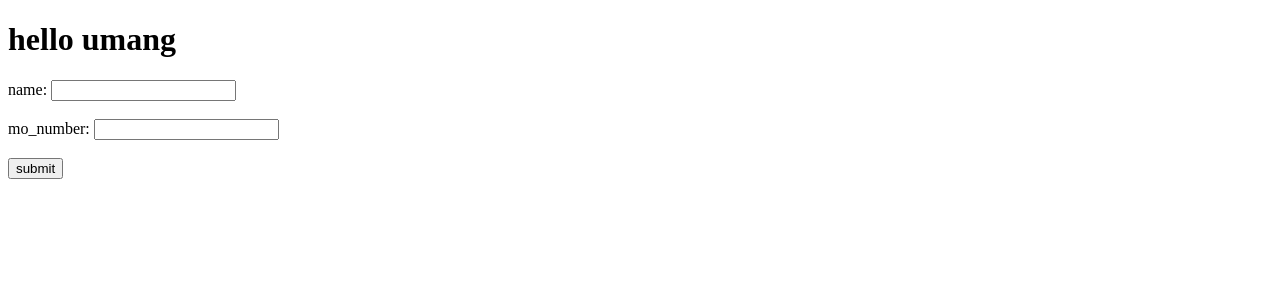
Repository: umangtalpara/ajax
Page: index.html
These files come from the project's save history. The page is drawn as it stood at one moment and after a run of saves; the edit follows.
The browser window is 1280 px wide. The pictures show the whole page.

Above is the page before, as saved 2021-07-07 12:19:47.

After the next 2 saves:
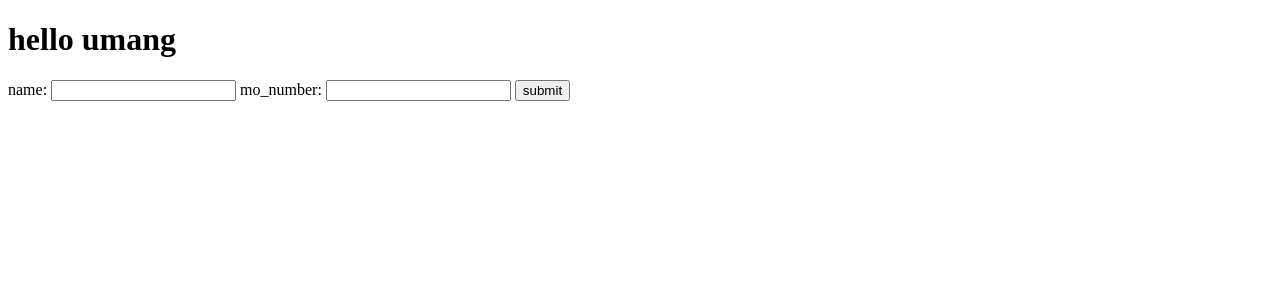
The 2 saves are shown as one change because they came seconds apart.
The last was saved 93 s later.
--- a/index.html
+++ b/index.html
@@ -12,9 +12,9 @@
 <h1>hello umang</h1>
 <div id="msg"></div>
 <label>name:</label>
-<input type="text" id="name" /><br><br>
+<input type="text" id="name" />
 <label>mo_number:</label>
-<input type="text" id="number" /><br><br>
+<input type="text" id="number" />
 <button id="submit" type="submit"> submit</button>
 <script src="./ajax.js"></script>
 </body>
